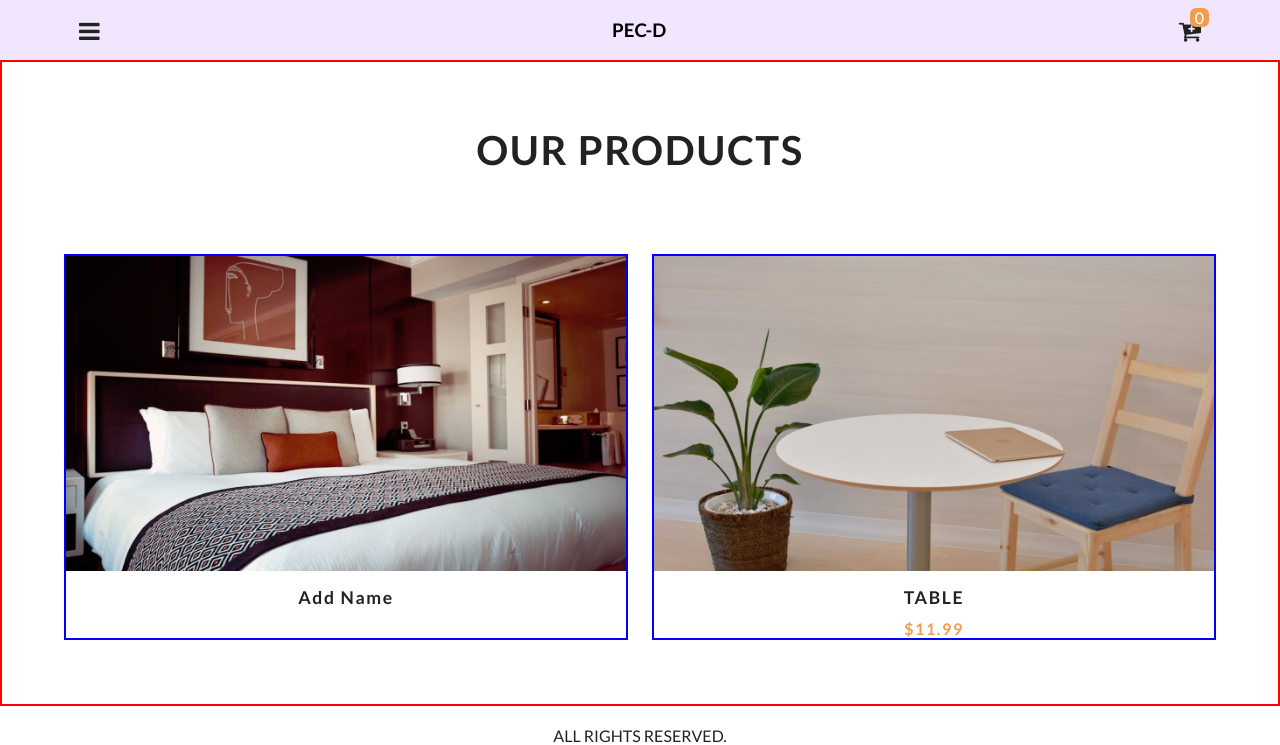
Repository: CHIR4G7/PEC-D
Page: public/index.html
These files come from the project's save history. The page is drawn as it stood at one moment and after the next save; the edit follows.
The browser window is 1280 px wide. The pictures show the whole page.

Above is the page before, as saved 2023-07-08 00:25:19.
Console error: ReferenceError: displayProducts is not defined

After the next save:
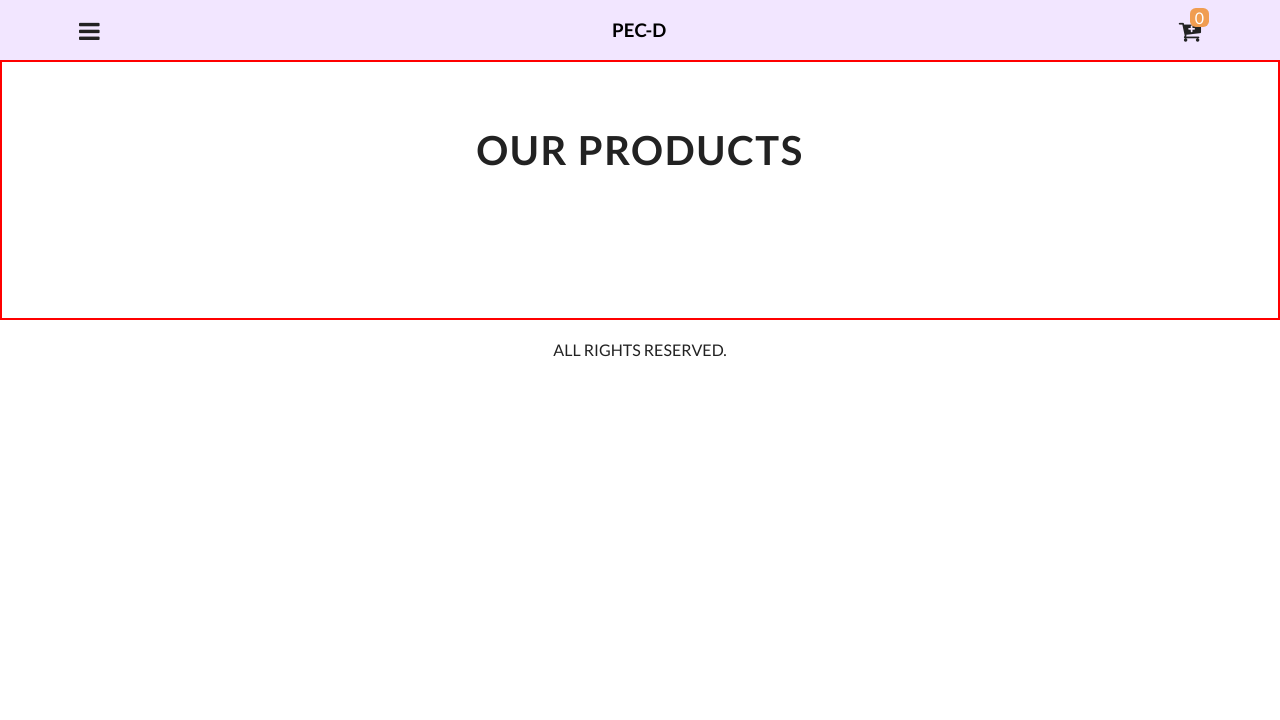
Saved 83 s later.
--- a/public/index.html
+++ b/public/index.html
@@ -47,7 +47,7 @@
             <!-- single product -->
 
             <!-- PRODCUT DETIALS -->
-            <article class="product">
+            <!-- <article class="product">
                 <div class="img-container">
                     <img src="/images/product-1.jpeg" alt="product" class="product-img">
                     <button class="bag-btn" data-id="1">
@@ -57,11 +57,11 @@
                 </div>
                 <h3>add name</h3>
 
-            </article>
-            <!-- THIS IS END OF PRODUCT DETIALS -->
-
-            <!-- PRODCUT DETIALS -->
-            <article class="product">
+            </article> -->
+            <!-- THIS IS END OF PRODUCT DETIALS -->
+
+            <!-- PRODCUT DETIALS -->
+            <!-- <article class="product">
                 <div class="img-container">
                     <img src="/images/product-8.jpeg" alt="product" class="product-img">
                     <button class="bag-btn" data-id="1">
@@ -71,7 +71,7 @@
                 </div>
                 <h3>TABLE</h3>
                 <h4>$11.99</h4>
-            </article>
+            </article> -->
             <!-- THIS IS END OF PRODUCT DETIALS -->
 
             <!-- PRODCUT DETIALS -->
